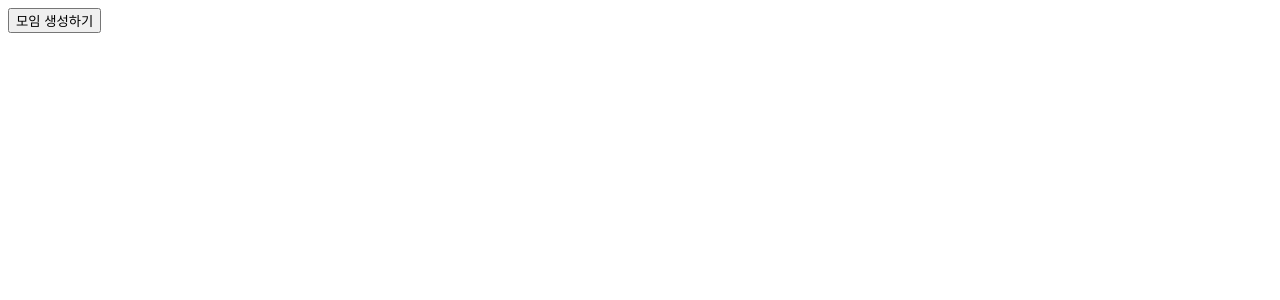
Repository: onpul/TEAM1
Page: http://localhost/Riding/mj/Main.jsp
An editor plug-in stored every save of this project. The page is shown before and after the next save, followed by the edit.
The browser window is 1280 px wide. The pictures show the whole page.
The page is served by Tomcat 9.

Above is the page before, as saved 2022-06-04 11:09:34.

After the next save:
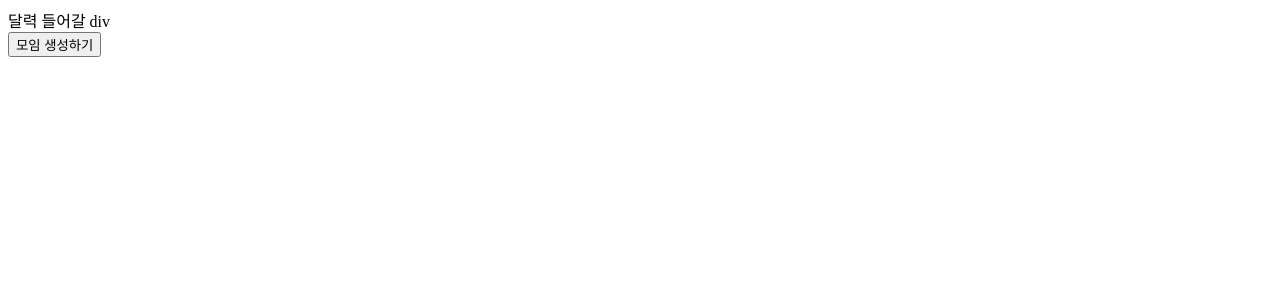
Saved 26 s later.
--- a/Riding/WebContent/mj/Main.jsp
+++ b/Riding/WebContent/mj/Main.jsp
@@ -11,7 +11,7 @@
 </head>
 <body>
 <div>
-
+	달력 들어갈 div
 </div>
 <div>
 	<input type="button" value="모임 생성하기"/>
